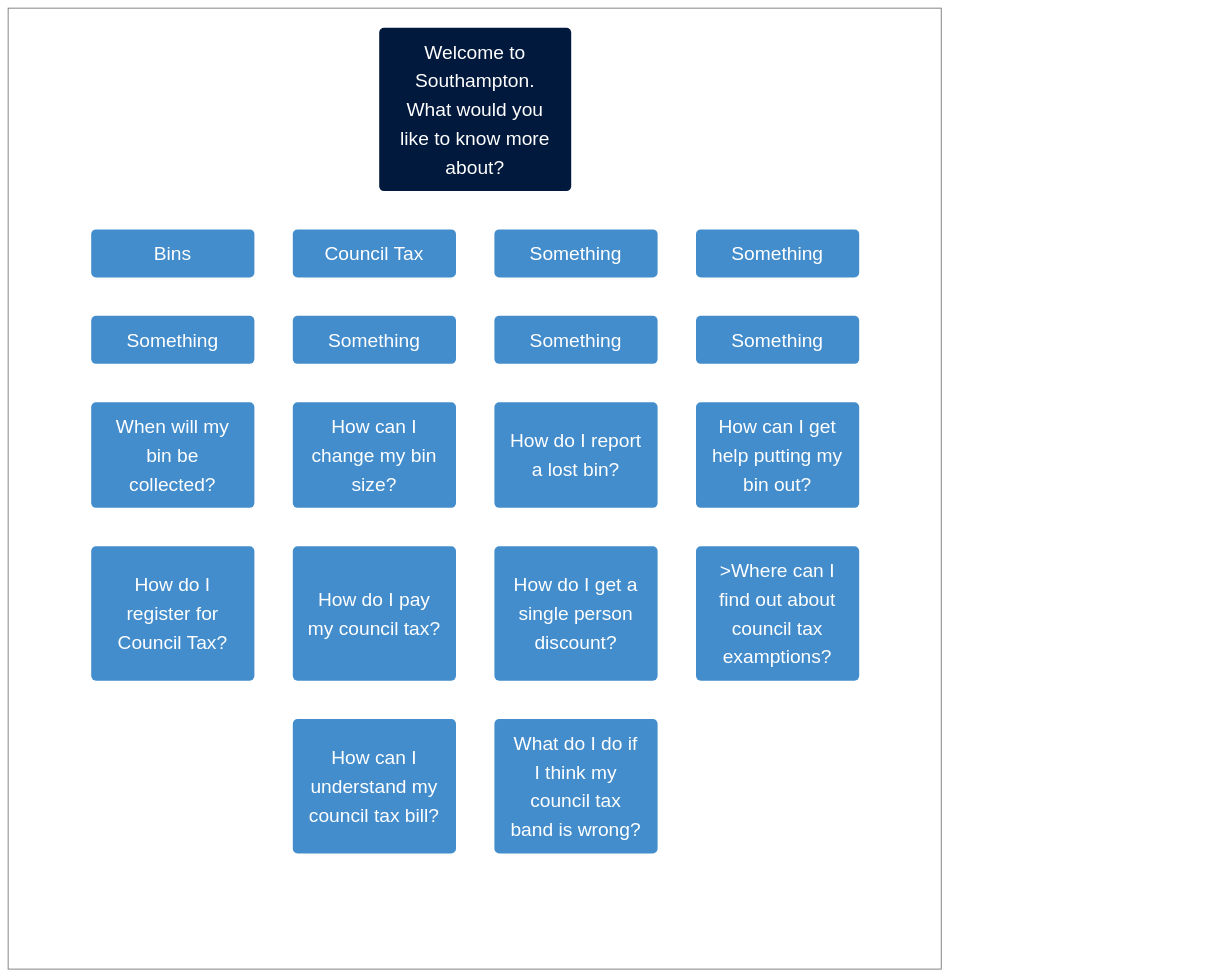
Repository: Domehead123/test
Page: index.html
The author's editor kept a record of every edit. The page is drawn from the files as they stood at one moment, then again after the next edit.
The browser window is 1280 px wide. The pictures show the whole page, at 96% of full size.

Above is the page before.

### index.html
<!DOCTYPE html>
<html lang="en">
<head>
    <meta charset="UTF-8">
    <meta name="viewport" content="width=device-width, initial-scale=1.0">
    <meta http-equiv="X-UA-Compatible" content="ie=edge">
<script src="https://ajax.googleapis.com/ajax/libs/jquery/3.4.1/jquery.min.js"></script>
    <script type="text/javascript" src="assets/new-resident.js"></script>
        <link rel="stylesheet" href="assets/style.css" type="text/css" />
    <title>Document</title>
</head>
<body>
    <div class="page-container">
    <div id="top-box">Welcome to Southampton. What would you like to know more about?</div>
    <div class="option-container" id="container0">
    <div class="bottom-box" id="option1"><span>Bins</span></div>
    <div class="bottom-box" id="option2"><span>Council Tax</span></div>
    <div class="bottom-box" id="option3"><span>Something</span></div>
    <div class="bottom-box" id="option4"><span>Something</span></div>
    <div class="bottom-box" id="option5"><span>Something</span></div>
    <div class="bottom-box" id="option6"><span>Something<span></div>
    <div class="bottom-box" id="option7"><span>Something<span></div>
    <div class="bottom-box" id="option8"><span>Something<span></div>
    </div>


    <div class="option-container" id="container1">
    <div class="bottom-box"><span>When will my bin be collected?</span></div>
    <div class="bottom-box"><span>How can I change my bin size?</span></div>
    <div class="bottom-box"><span>How do I report a lost bin?</span></div>
    <div class="bottom-box"><span>How can I get help putting my bin out?</span></div>
    </div>

    <div class="option-container" id="container2">
    <div class="bottom-box"><span>How do I register for Council Tax?</span></div>
    <div class="bottom-box"><span>How do I pay my council tax?</span></div>
    <div class="bottom-box"><span>How do I get a single person discount?</span></div>
    <div class="bottom-box"><span>>Where can I find out about council tax examptions?</span></div>
    <div class="bottom-box"><span>How can I understand my council tax bill?</span></div>
    <div class="bottom-box"><span>What do I do if I think my council tax band is wrong?</span></div>
    </div>

    <div id="restart">Back</div>
</body>
</html>

### assets/new-resident.js

$(document).ready(function() {

$(".bottom-box").click(function() {
    $('#restart').show();
});


$("#option1").click(function() {
   $("#top-box").text("What would you like to know about bins?")
   $("#option1").children().html("<a href='https://www.southampton.gov.uk/bins-recycling/bins/'>When will my bin be collected?</a>");
   $("#option2").children().html("<a href='https://www.southampton.gov.uk/bins-recycling/bins/bin-size.aspx'>How can I change my bin size?</a>");
    $("#option3").children().html("<a href='https://www.southampton.gov.uk/bins-recycling/bins/lost-bin.aspx'>How do I report a lost bin?</a>");
    $("#option4").children().html("<a href='https://www.southampton.gov.uk/bins-recycling/bins/need-help-putting-your-bins-out.aspx'>How can I get help putting my bin out?</a>");
    $("#option5").hide();
    $("#option6").hide();
    $("#option7").hide();
    $("#option8").hide();
});


$("#option2").click(function() {
   $("#top-box").text("What would you like to know about Council Tax?")
   $("#option1").children().html("<a href='https://www.southampton.gov.uk/council-tax/your-council-tax/change-address.aspx'>How do I register for Council Tax?</a>");
   $("#option2").children().html("<a href='https://www.southampton.gov.uk/council-tax/your-council-tax/'>How do I pay my council tax?</a>");

    $("#option3").children().html("<a href='https://www.southampton.gov.uk/council-tax/discounts-exemptions/single-person-discount.aspx'>How do I get a single person discount?</a>");
    $("#option4").children().html("<a href='https://www.southampton.gov.uk/council-tax/discounts-exemptions/'>Where can I find out about council tax examptions?</a>");
    $("#option5").children().html("<a href='https://www.southampton.gov.uk/council-tax/information/wrong-band.aspx'>What do I do if I think my council tax band is wrong?</a>");
    $("#option6").children().html("<a href='https://www.southampton.gov.uk/council-tax/information/understanding-council-tax-bill.aspx'>How can I understand my council tax bill?</a>");
  $("#option7").children().html("<a href='https://www.southampton.gov.uk/council-tax/information/understanding-council-tax-bill.aspx'>How can I understand my council tax bill?</a>");
    $("#option8").hide();
});

$('#restart').click(function() {
    location.reload();
});


});

### assets/style.css

.page-container {
    max-width: 871px;
    background: #fff;
    border: 1px solid grey;
    padding: 0 50px;
    height: 1000px;
}


#top-box {
    background: #00193c;
    color: #fff;
    border-radius: 5px;
    box-sizing: border-box;
    width: 200px;
    text-align: center;
    margin: 20px auto;
    font-family: "franklin-gothic-urw",sans-serif;
    font-size: 20px;
    line-height: 30px;
    padding: 10px 15px;
}

.option-container {
text-align: center;
display: flex;
flex-wrap: wrap;
justify-content: center;

}

.bottom-box {
    width: 170px;
        background: #438dcc;
    color: #fff;
    border-radius: 5px;
    box-sizing: border-box;
    margin: 20px;
    font-family: "franklin-gothic-urw",sans-serif;
    font-size: 20px;
    line-height: 30px;
    padding: 10px 15px;
    transition: 0.4s all;
    display: flex;

     align-items: center;
     text-align: center;

}

.bottom-box span {
  margin: 0 auto;
}

.bottom-box span a {
    color: #fff!important;
    text-decoration: none !important;
}

.bottom-box:hover {
    background: #00193c;
}

#restart {
        background: #aaa;
    color: #fff;
    border-radius: 5px;
    box-sizing: border-box;
    width: 200px;
  margin: 20px auto;
    font-family: "franklin-gothic-urw",sans-serif;
        padding: 10px 15px;
        font-size: 20px;
        text-align: center;
        transition: 0.4s all;
        display:none;

}

#restart:hover {
    background: #000;
}

After the next edit:
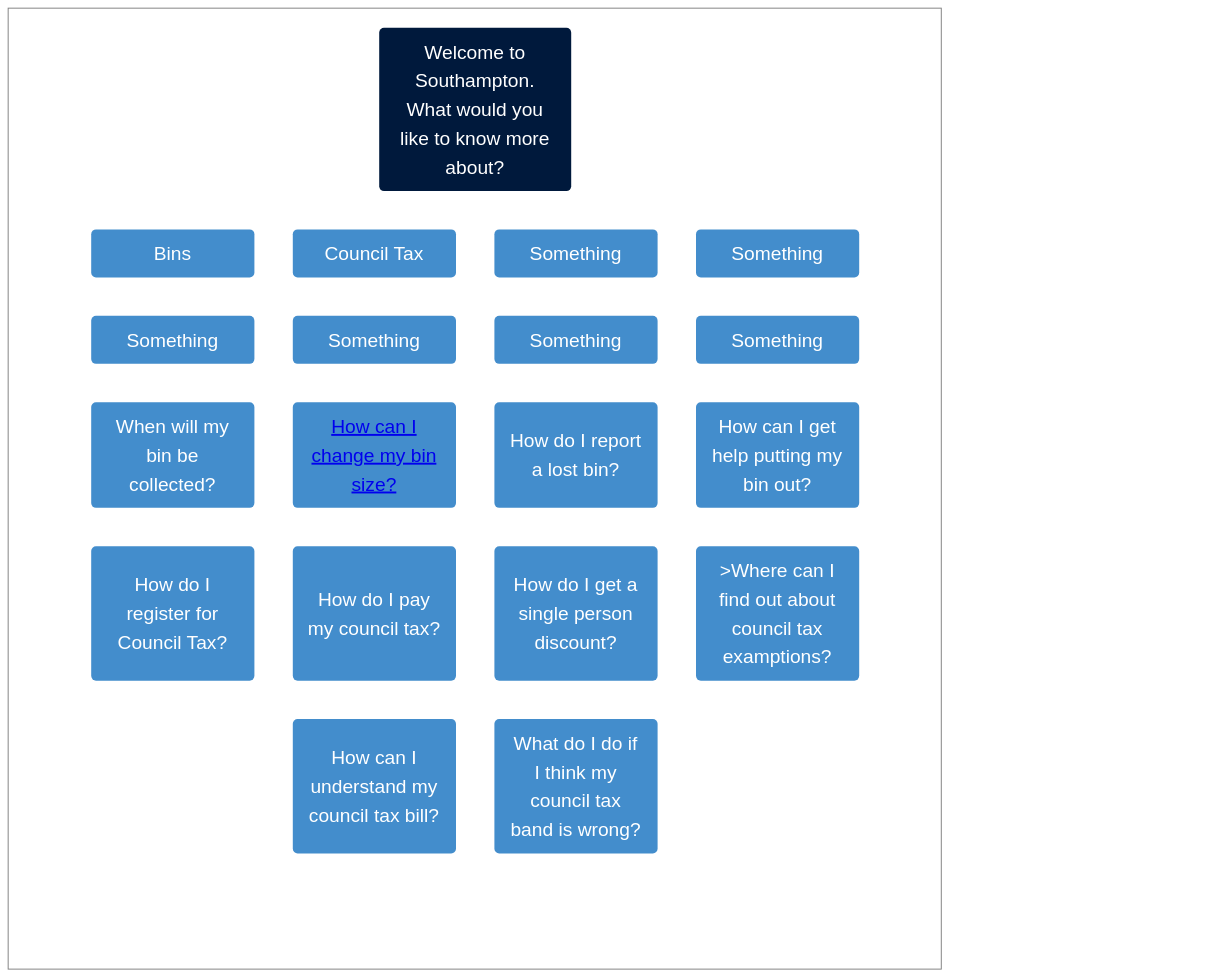
The edit:
--- a/index.html
+++ b/index.html
@@ -25,10 +25,10 @@
 
 
     <div class="option-container" id="container1">
-    <div class="bottom-box"><span>When will my bin be collected?</span></div>
-    <div class="bottom-box"><span>How can I change my bin size?</span></div>
-    <div class="bottom-box"><span>How do I report a lost bin?</span></div>
-    <div class="bottom-box"><span>How can I get help putting my bin out?</span></div>
+    <div class="bottom-box"><span><a href="https://www.southampton.gov.uk/bins-recycling/bins/">When will my bin be collected?</span></div>
+    <div class="bottom-box"><span><a href="https://www.southampton.gov.uk/bins-recycling/bins/bin-size.aspx">How can I change my bin size?</a></span></div>
+    <div class="bottom-box"><span><a href="https://www.southampton.gov.uk/bins-recycling/bins/lost-bin.aspx">How do I report a lost bin?</a></span></div>
+    <div class="bottom-box"><span><a href="https://www.southampton.gov.uk/bins-recycling/bins/need-help-putting-your-bins-out.aspx">How can I get help putting my bin out?</a></span></div>
     </div>
 
     <div class="option-container" id="container2">
